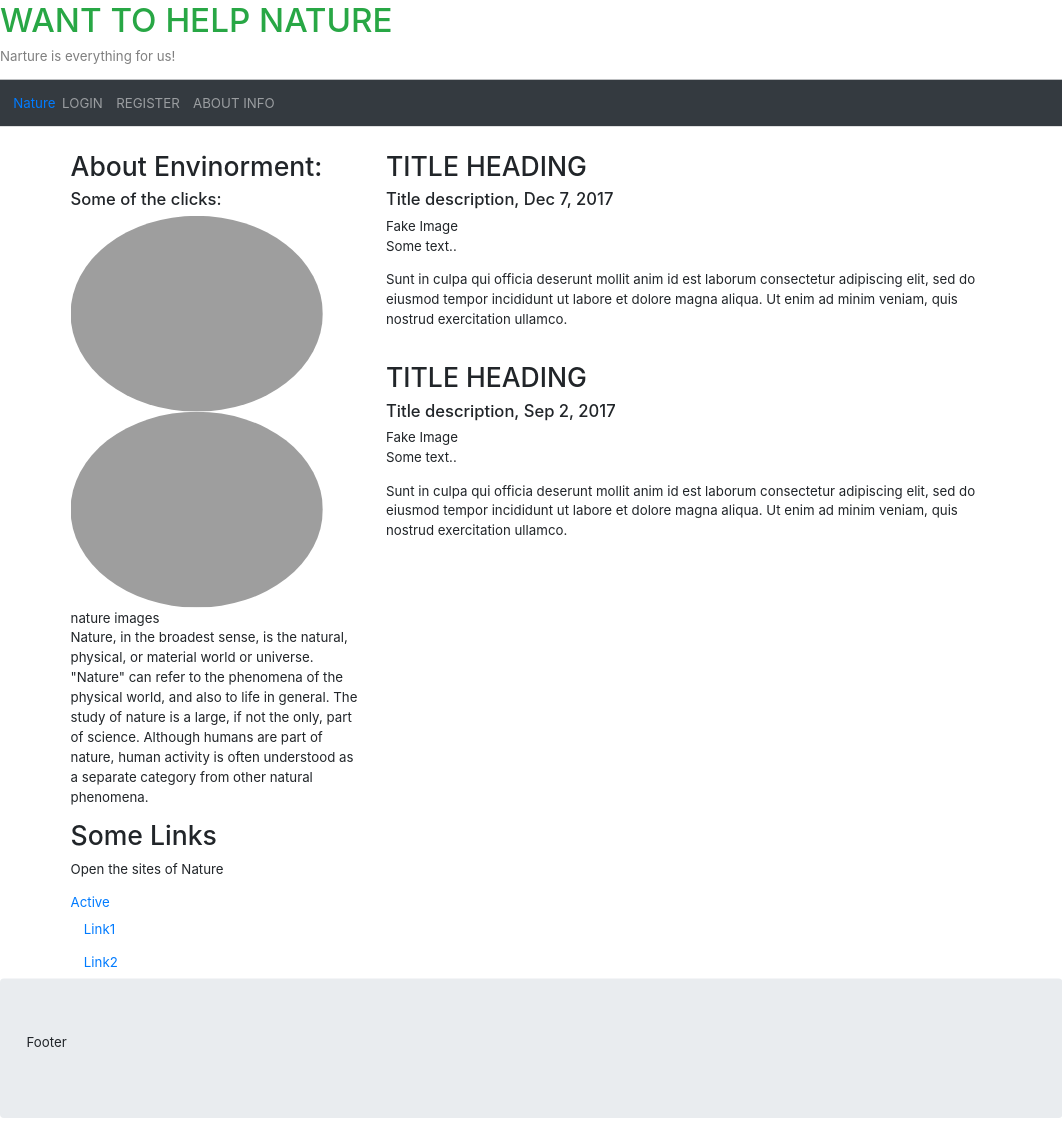
Repository: Apoorvasuswaram/cts
Page: appu/WebContent/main.html
These files come from the project's save history. The page is drawn as it stood at one moment and after the next save; the edit follows.
The browser window is 1280 px wide. The pictures show the whole page, at 83% of full size.
Pictures or frames that could not be fetched are drawn as grey boxes.

Above is the page before, as saved 2020-01-18 12:05:53.

After the next save:
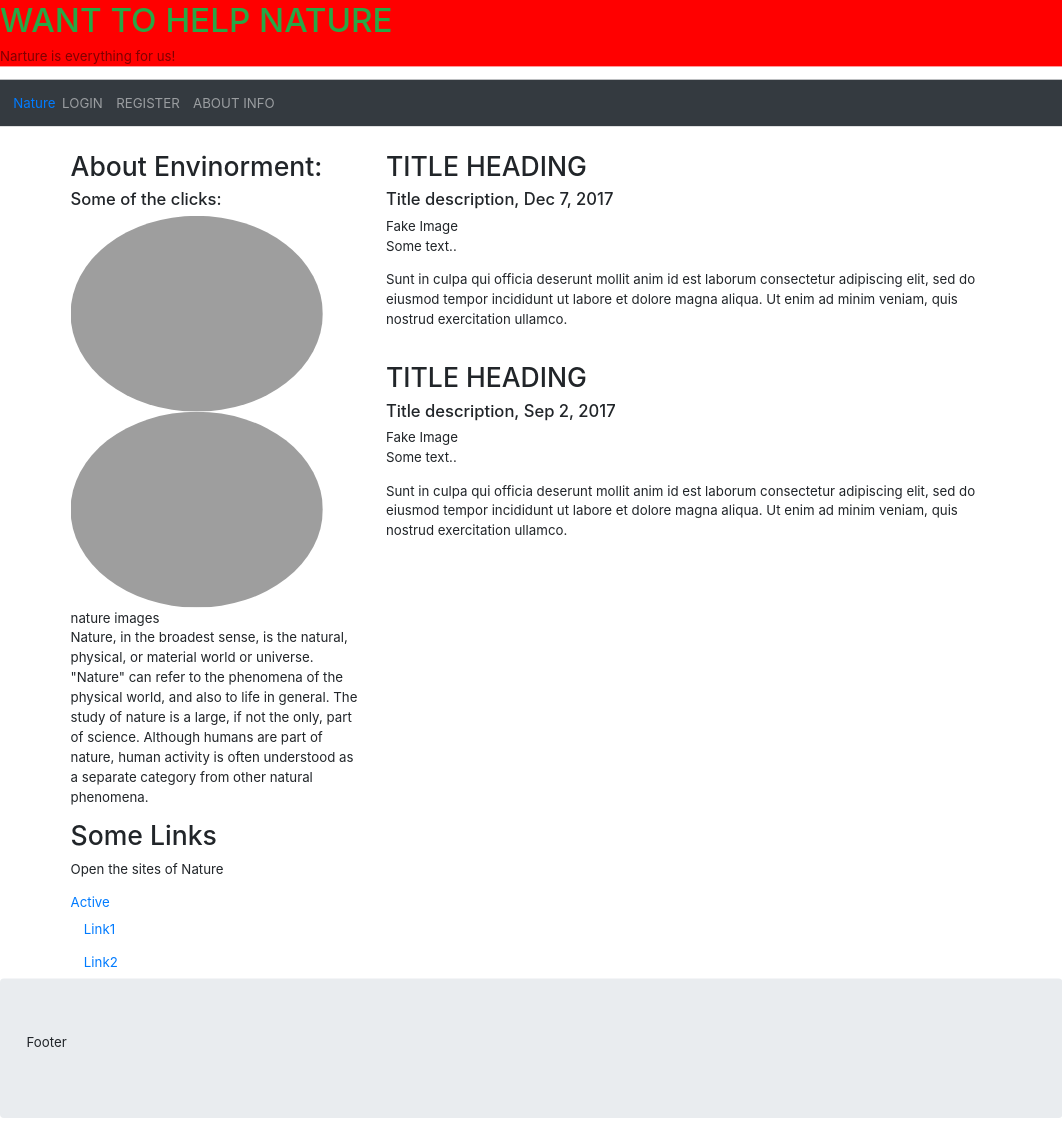
Saved 9 s later.
--- a/appu/WebContent/main.html
+++ b/appu/WebContent/main.html
@@ -20,7 +20,7 @@
 </head>
 <body>
 
-<div style="background-color=red" class="text-black-50" class="jumbotron text-center text-danger" style="margin-bottom:10" >
+<div style="background-color:red" class="text-black-50" class="jumbotron text-center text-danger" style="margin-bottom:10" >
   <h1 class="text-success">WANT TO HELP NATURE</h1>
   <p>Narture is everything for us!</p>
 </div>

After the save that followed:
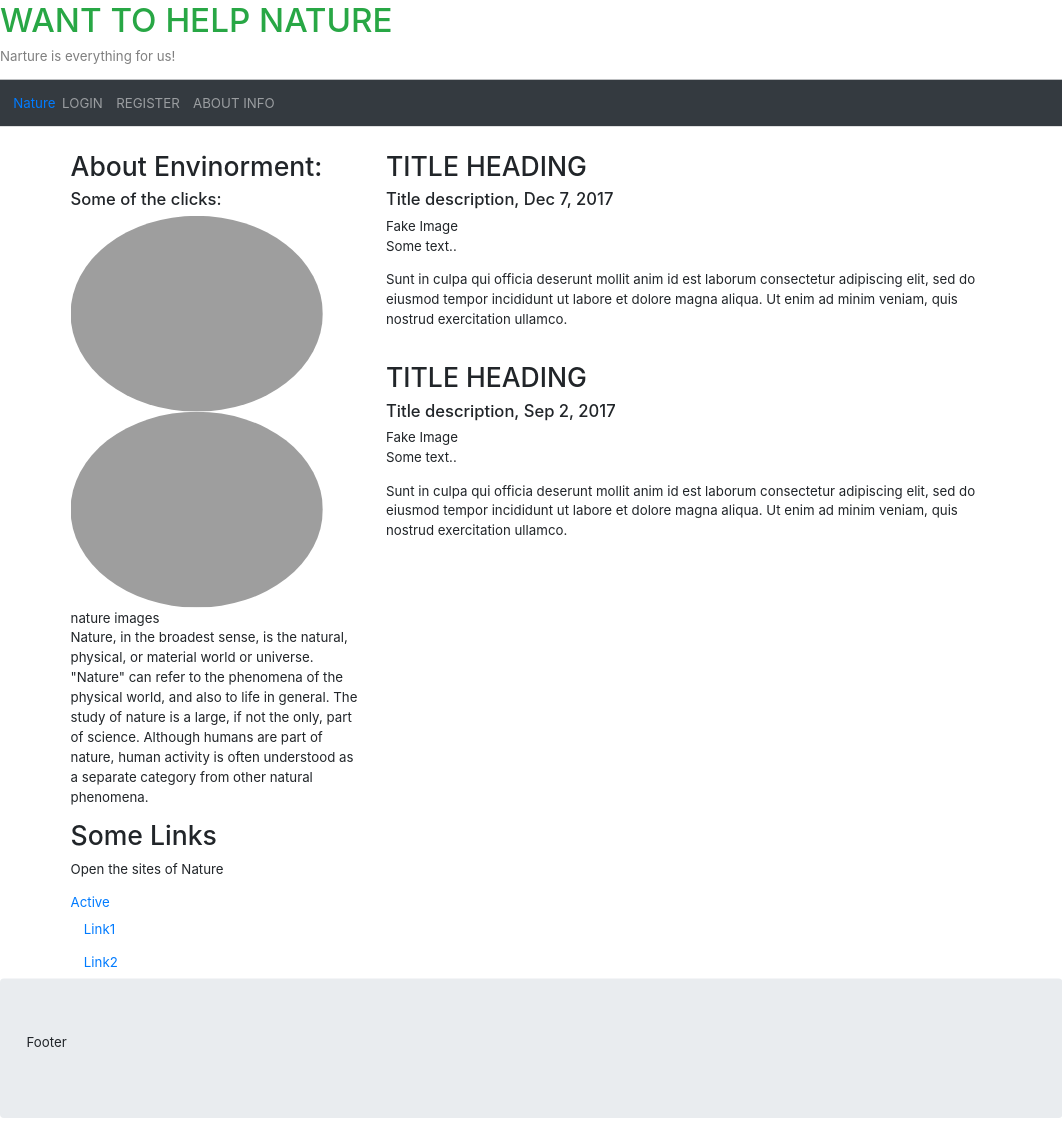
Saved 2 min 7 s later.
--- a/appu/WebContent/main.html
+++ b/appu/WebContent/main.html
@@ -20,7 +20,7 @@
 </head>
 <body>
 
-<div style="background-color:red" class="text-black-50" class="jumbotron text-center text-danger" style="margin-bottom:10" >
+<div style="background-color:"cyan" class="text-black-50" class="jumbotron text-center text-danger" style="margin-bottom:10" >
   <h1 class="text-success">WANT TO HELP NATURE</h1>
   <p>Narture is everything for us!</p>
 </div>
